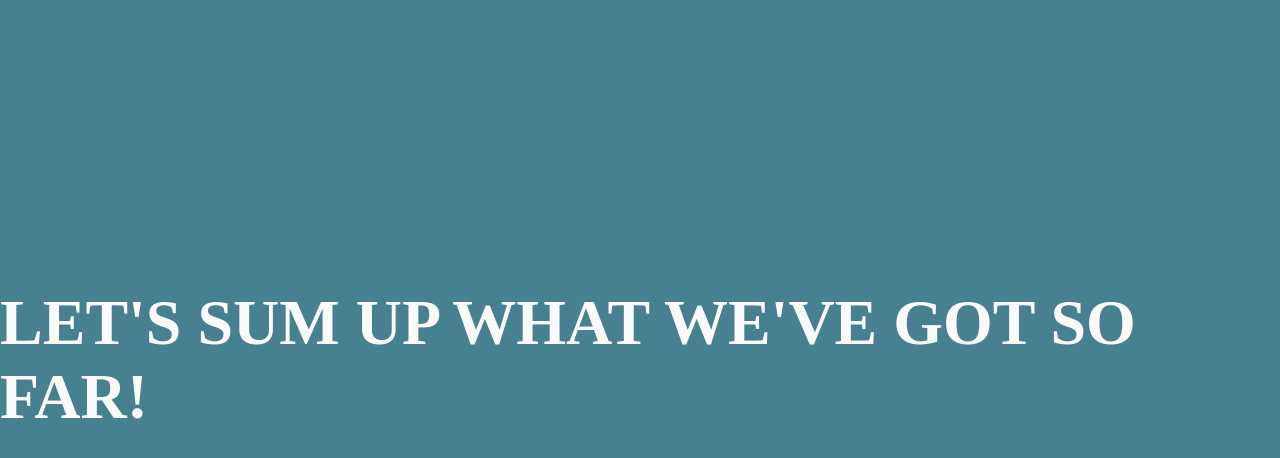
Repository: cindyvunguyen/fallacy
Page: index.html
These files come from the project's save history. The page is drawn as it stood at one moment and after the next save; the edit follows.
The browser window is 1280 px wide. The pictures show the whole page.
Some web fonts or font styles are not loaded; a fallback is used.

Above is the page before, as saved 2020-03-13 19:31:42.

### index.html
<!DOCTYPE html>
<html lang="en">
<head>
    <meta charset="UTF-8">
    <meta name="viewport" content="width=device-width, initial-scale=1.0">
    <title>FALLACIES</title>
    <link href="style.css" rel="stylesheet" type="text/css">
</head>
<body>
    <div id="app">

        <!-- CINDY START -->

        <div id="home-page"></div>

        <div id="lets-start-page"></div>

        <div id="question-page"></div>

        <!-- CINDY END -->

        <!-- SOPHIA START -->

        <!-- when making it one page -->

        <div id="correct-incorrect-page">
            <div id="icon"></div>
            <div id="cip-text1">HORRAY!</div> <!-- incorrect, change to "oh no!" -->
            <div id="cip-a-outcome">
                <div id="cip-text2">You avoided the</div> <!-- icorrect, change to "you committed the"-->
                <div id="cip-fallacy">BANDWAGON FALLACY</div>
                <div id="cip-text2">which is</div>
            </div>
            <div id="cip-definition">Listening to what is popular instead of listening to yourself.</div>
            <button class="white-button" onclick="incorrectPage()">NEXT QUESTION</button> <!-- placeholder for js page switch-->
        </div>

        <div id="results-page">
            <div id="rp-text">
                <div id="rp-message">YOU GOT...</div> <!-- game over, change to "game over" -->
                <div id="rp-results"># out of 10 scenarios</div>  <!-- game over, change to "you commited too many fallacies" -->
                <div id="rp-congrats">AMAZING JOB!</div> <!-- game over, message disappears -->
            </div>
            <button class="grey-button" onclick="gameOver()">VIEW FALLACIES</button>
        </div>

        <!-- SOPHIA END -->

        <!-- CHLOE START -->

        <div id="review-page">LET'S SUM UP WHAT WE'VE GOT SO FAR!</div>

        <div id="review2-page"></div>

        <div id="fallacy-review-page"></div>

        <div id="three-fallacies-page"></div>
        <!-- change the page's content with JS to show all three fallacies when clicked -->

        <!-- CHLOE END -->
        <script src="js.js"></script>
    </div>
</body>
</html>

### style.css
body {
    margin: 0;
}

#app {
    width: 100vw;
    height: 100vh;
    font-family: Visby;
    background-color: #468091;
    color: #FAFAFA;
}

@font-face {
    font-family: Visby;
    src: url(fonts/VisbyRoundCF-Regular.otf) format("woff");
}

@font-face {
    font-family: Visby;
    src: url(fonts/VisbyRoundCF-ExtraBold.otf) format("woff");
    font-weight: bold;
}

.pink-button {
    height: 100px;
    width: 700px;
    background-color: #ed2265;
    border: 0px;
    border-radius: 75px;
    font-family: Visby;
    font-weight: bold;
    font-size: 36pt;
    color: #FAFAFA;
    outline: 0;
}

.pink-button:active {
    background-color: #9c1542;
}

.white-button {
    height: 100px;
    width: 700px;
    background-color: #FAFAFA;
    border: 0px;
    border-radius: 75px;
    font-family: Visby;
    font-weight: bold;
    font-size: 36pt;
    color: #303030;
    outline: 0;
}

.white-button:active {
    background-color: #9e9e9e;
}

.grey-button {
    height: 100px;
    width: 700px;
    background-color: #303030;
    border: 0px;
    border-radius: 75px;
    font-family: Visby;
    font-weight: bold;
    font-size: 36pt;
    color: #FAFAFA;
    outline: 0;
}

.grey-button:active {
    background-color: #000000;
}

/* CINDY START */

/* CINDY END */

/* SOPHIA START */

/* correct page */
#correct-incorrect-page {
    width: 100vw;
    height: 100vh;
    /* display: flex; */
    display: none;
    flex-direction: column;
    align-items: center;
    justify-content: center;
    background-color: #6eb748; /* incorrect, change to #860000*/
}

#icon {
    background-color: olive;
    width: 150px;
    height: 150px;
    border-radius: 50%;
}

#cip-text1 {
    font-size: 36pt;
    font-weight: bold;
    padding: 35px 0;
}

#cip-text2 {
    font-size: 16pt;
    font-weight: bold;
}

#cip-fallacy {
    font-size: 36pt;
    font-weight: bold;
}

#cip-definition {
    font-size: 16pt;
    line-height: 150px;
}

#cip-a-outcome {
    line-height: 60px;
    display: flex;
    flex-direction: column;
    align-items: center;
    justify-content: center;
}

/* results page */
#results-page {
    width: 100vw;
    height: 100vh;
    /* display: flex; */
    display: none;
    flex-direction: column;
    align-items: center;
    justify-content: center;
    /* background-color: #860000; */ /* for game over page when combined */
}

#rp-text {
    padding: 0 0 75px 0;
    line-height: 75px;
    display: flex;
    flex-direction: column;
    align-items: center;
    justify-content: center;
}

#rp-message {
    font-size: 48pt;
    font-weight: bold;
}

#rp-results {
    font-size: 16pt;
    font-weight: bold;
}

#rp-congrats {
    font-size: 48pt;
    font-weight: bold;
}

/* SOPHIA END */

/* CHLOE START */

/* review page */
#review-page {
    width: 100vw;
    height: 100vh;
    display: flex;
    flex-direction: column;
    align-items: center;
    justify-content: center;
    font-size: 48pt;
    font-weight: bold;
    }


/* CHLOE END */

### js.js
// CINDY START

// CINDY END

// SOPHIA START

//            fallacy:"BANDWAGON FALLACY",
//            definition:"Listening to what is popular instead of listening to yourself."

//            fallacy:"APPEAL TO EMOTIONS",
//            definition:"Using people's feelings to convince them or win an argument."

//            fallacy:"AD HOMINEM",
//            definition:"Attacking someone instead of listening to what they're saying."

function incorrectPage() {
    document.querySelector("#correct-incorrect-page").style.backgroundColor = "#860000";
    document.querySelector("#cip-text1").innerText = "OH NO!";
    document.querySelector("#cip-text2").innerText = "You committed the";
    document.querySelector("#icon").style.backgroundColor = "#b34c20";
}

function gameOver() {
    document.querySelector("#results-page").style.backgroundColor = "#860000";
    document.querySelector("#rp-message").innerText = "GAME OVER";
    document.querySelector("#rp-results").innerText = "You committed too many fallacies";
    document.querySelector("#rp-congrats").style.display = "none";
}

// SOPHIA END

// CHLOE START

// CHLOE END

After the next save:
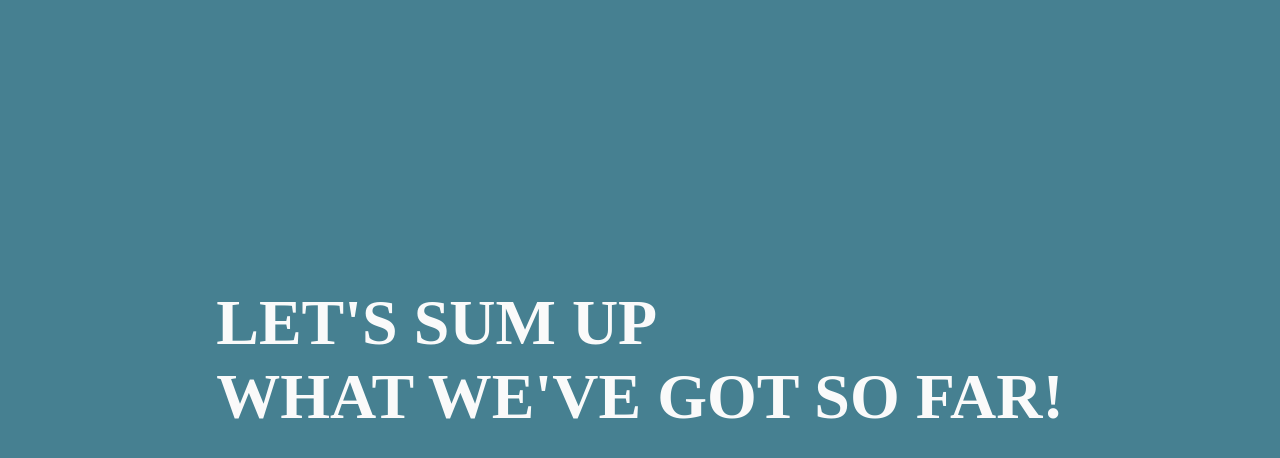
Saved 9 s later.
--- a/index.html
+++ b/index.html
@@ -48,7 +48,7 @@
 
         <!-- CHLOE START -->
 
-        <div id="review-page">LET'S SUM UP WHAT WE'VE GOT SO FAR!</div>
+        <div id="review-page">LET'S SUM UP<br>WHAT WE'VE GOT SO FAR!</div>
 
         <div id="review2-page"></div>
 
